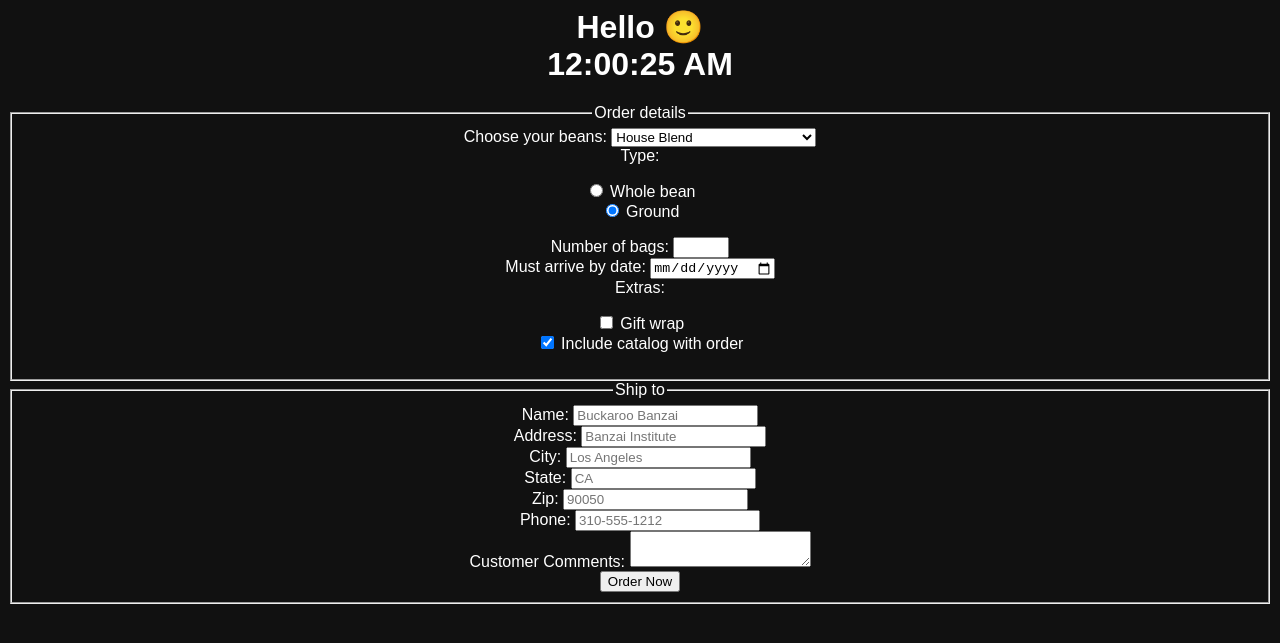
Repository: 43320888/upwork
Page: popup/index.html
The author's editor kept a copy of each file at every save. The page is drawn from the files as they stood at one save, then again after the next save.
The browser window is 1280 px wide. The pictures show the whole page.

Above is the page before, as saved 2019-01-24 10:51:34.

After the next save:
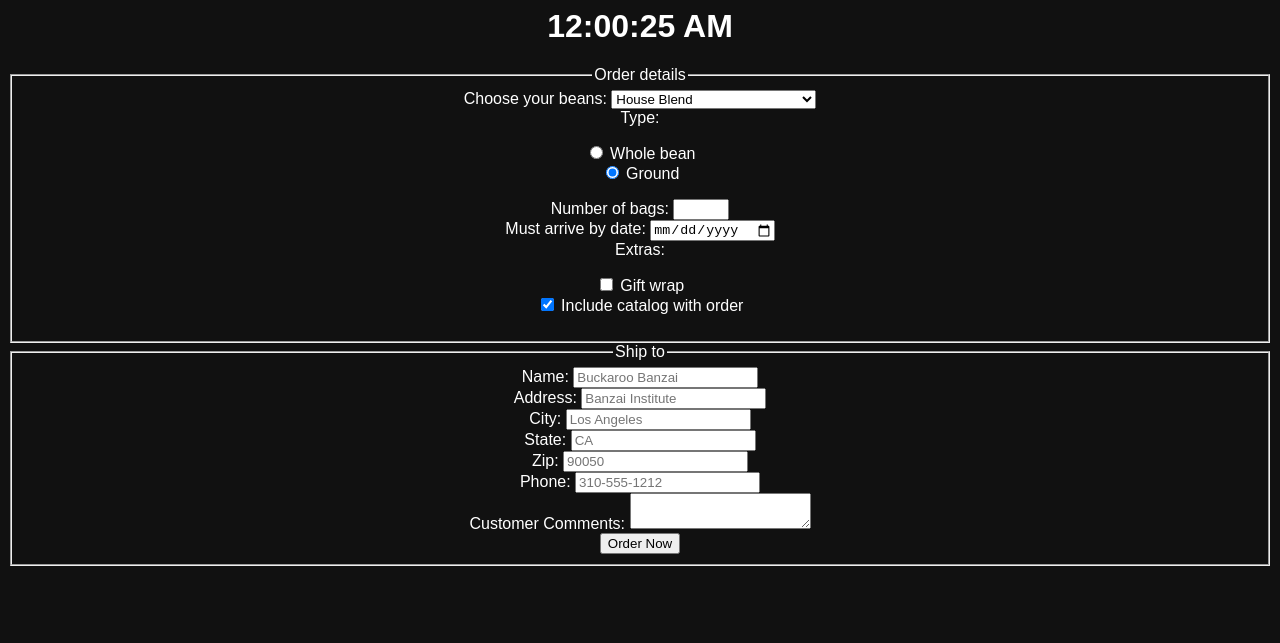
Saved 37 s later.
--- a/popup/index.html
+++ b/popup/index.html
@@ -5,7 +5,7 @@
 	}
 </style>
 <body style="background:#111; color:#fff; font-family: Arial, Helvetica, sans-serif; text-align: center">
-	<h1>Hello 🙂<div></div><script src="timer.js"></script></h1>
+	<h1><div></div><script src="timer.js"></script></h1>
 	<form action="http://www.starbuzzcoffee.com/processorder.php" method="post">
 		<fieldset>
 			<legend>Order details</legend>
